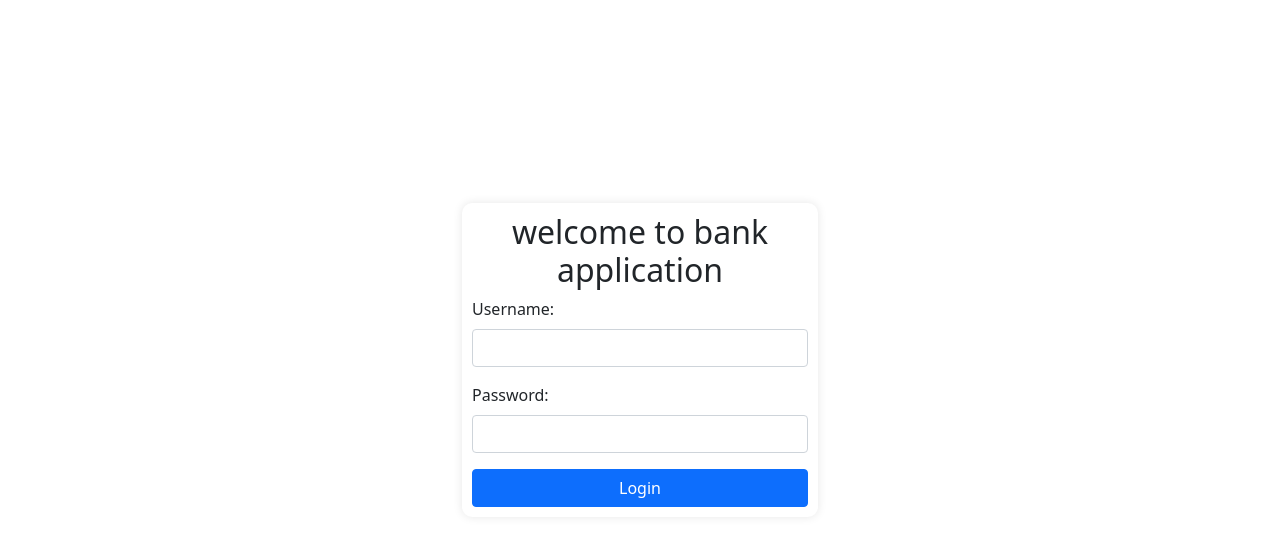
Repository: RMVLajaykumar/monojavaee
Page: http://localhost/13-bankapplication-demo/login.jsp
These files come from the project's save history. The page is drawn as it stood at one moment and after the next save; the edit follows.
The browser window is 1280 px wide. The pictures show the whole page.
The page is served by Tomcat 9. Nobody is signed in. The application's start-up code is not run. Other server files are loaded and not shown.

Above is the page before, as saved 2024-07-19 16:22:22.

### 13-bankapplication-demo/WebContent/login.jsp
<%@ page language="java" contentType="text/html; charset=ISO-8859-1"
	pageEncoding="ISO-8859-1"%>
<%@ taglib uri="http://java.sun.com/jsp/jstl/core" prefix="c"%>
<%@ taglib uri="http://java.sun.com/jsp/jstl/functions" prefix="fn"%>

<!DOCTYPE html>
<html>
<head>
<title>Login</title>
<link
	href="https://cdn.jsdelivr.net/npm/bootstrap@5.0.2/dist/css/bootstrap.min.css"
	rel="stylesheet"
	integrity="sha384-EVSTQN3/azprG1Anm3QDgpJLIm9Nao0Yz1ztcQTwFspd3yD65VohhpuuCOmLASjC"
	crossorigin="anonymous">
<script
	src="https://cdn.jsdelivr.net/npm/bootstrap@5.0.2/dist/js/bootstrap.bundle.min.js"
	integrity="sha384-MrcW6ZMFYlzcLA8Nl+NtUVF0sA7MsXsP1UyJoMp4YLEuNSfAP+JcXn/tWtIaxVXM"
	crossorigin="anonymous"></script>
<style>
    body {
        background-color: white;
        display: flex;
        justify-content: center;
        align-items: center;
        height: 100vh;
    }
    .login-form {
        background: white;
        padding: 10px;
        border-radius: 10px;
        box-shadow: 0 0 10px rgba(0, 0, 0, 0.1);
    }
    .login-form input {
        margin-bottom: 10px;
    }
    .login-form button {
        width: 100%;
    }
</style>
</head>
<body>
    <div class="container">
        <div class="row justify-content-center">
            <div class="col-md-4">
                <form action="login" method="post" class="login-form">
                    <h2 class="text-center">welcome to bank application</h2>
                    <div class="mb-3">
                        <label for="username" class="form-label">Username:</label>
                        <input type="text" class="form-control" id="username" name="username" required>
                    </div>
                    <div class="mb-3">
                        <label for="password" class="form-label">Password:</label>
                        <input type="password" class="form-control" id="password" name="password" required>
                    </div>
                    <button type="submit" class="btn btn-primary">Login</button>
                    <c:if test="${param.error != null}">
                        <p class="text-danger text-center mt-3">Invalid username or password</p>
                    </c:if>
                </form>
            </div>
        </div>
    </div>
</body>
</html>

After the next save:
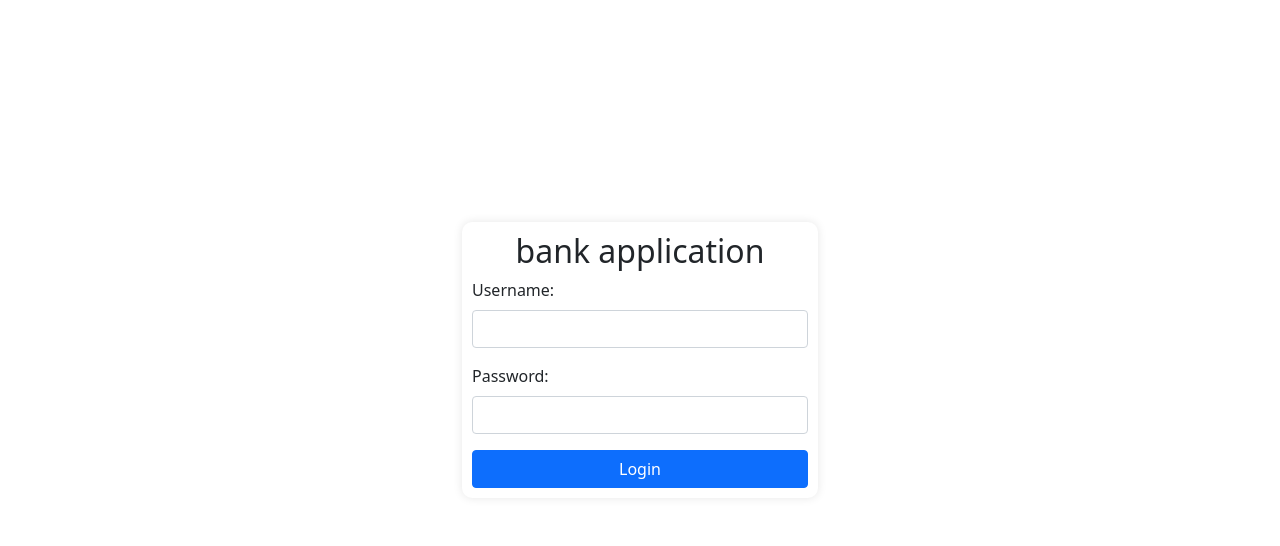
Saved 4 min 47 s later.
--- a/13-bankapplication-demo/WebContent/login.jsp
+++ b/13-bankapplication-demo/WebContent/login.jsp
@@ -43,7 +43,7 @@
         <div class="row justify-content-center">
             <div class="col-md-4">
                 <form action="login" method="post" class="login-form">
-                    <h2 class="text-center">welcome to bank application</h2>
+                    <h2 class="text-center">bank application</h2>
                     <div class="mb-3">
                         <label for="username" class="form-label">Username:</label>
                         <input type="text" class="form-control" id="username" name="username" required>
